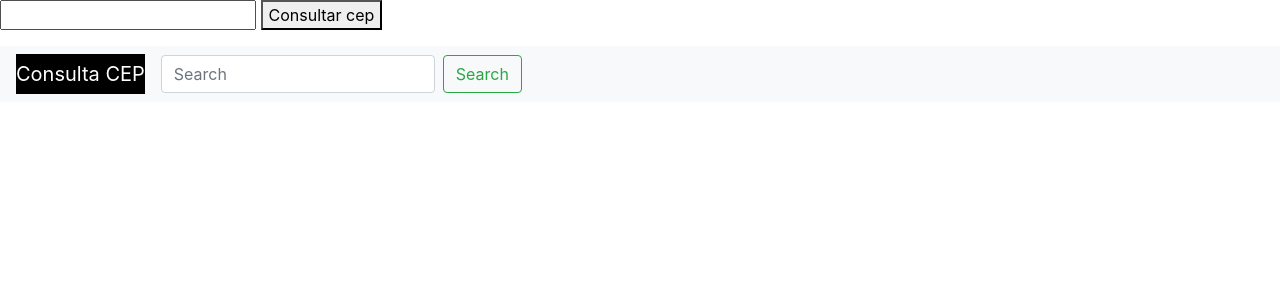
Repository: DaniloBaracho/jquery
Page: index.html
These files come from the project's save history. The page is drawn as it stood at one moment and after the next save; the edit follows.
The browser window is 1280 px wide. The pictures show the whole page.

Above is the page before, as saved 2020-06-19 18:08:30.
Console error: SyntaxError: Unexpected token '.'

### index.html
<!DOCTYPE html>
<html lang="pt-br">
    <head>
        <meta charset="utf-8"/>
        <title>
            Página AJAX
        </title>
        <script type="text/javascript" src="js/jquery-3.5.1.min.js"></script>
        <script type="text/javascript" src="js/main.js"></script>
        <link rel="stylesheet" type="text/css" href="bootstrap/css/bootstrap.min.css">
        <link rel="stylesheet" type="text/css" href="js/mystyle.css">
    </head>
    <body>
        <input id="cep">
        <button type="button" onclick="ConsultaCep()">Consultar cep</button>
        <p id="logradouro"></p>
        <p id="bairro"></p>
        <p id="uf"></p>
        <p id="localidade"></p>
        <nav class="navbar navbar-expand-lg navbar-light bg-light">
            <a class="navbar-brand text-white text-custom">Consulta CEP</a>
              <form class="form-inline my-2 my-lg-0">
                <input class="form-control mr-sm-2" type="search" placeholder="Search" aria-label="Search">
                <button class="btn btn-outline-success my-2 my-sm-0" type="submit">Search</button>
              </form>

          </nav>
    </body>
</html>

### js/main.js
//alert("funcionou");
function ConsultaCep(){
    var cep= document.getElementById("cep").value
    $.ajax({
        url:"https://viacep.com.br/ws/"+cep+"/json/",
        type: GET,
        success: function(response){
            console.log(response);
            //alert(response.logradouro);
            $("#logradouro").html(response.logradouro);
            //document.getElementById("logradouro").innerHTML = response.logradouro;
            document.getElementById("bairro").innerHTML = response.bairro;
            document.getElementById("uf").innerHTML = response.uf;
            document.getElementById("localidade").innerHTML = response.localidade;
        }
    })
}
.text-custom{

}

### js/mystyle.css
.text-custom{
    color:red;
    background-color:black;
}

Loaded but not shown: js/jquery-3.5.1.min.js (library); bootstrap/css/bootstrap.min.css (library)

After the next save:
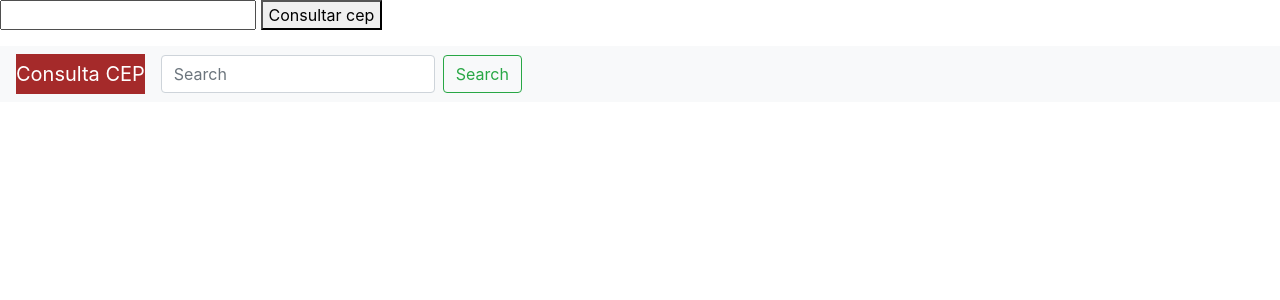
Saved 38 s later.
--- a/js/mystyle.css
+++ b/js/mystyle.css
@@ -1,4 +1,4 @@
 .text-custom{
     color:red;
-    background-color:black;
+    background-color:brown;
 }
